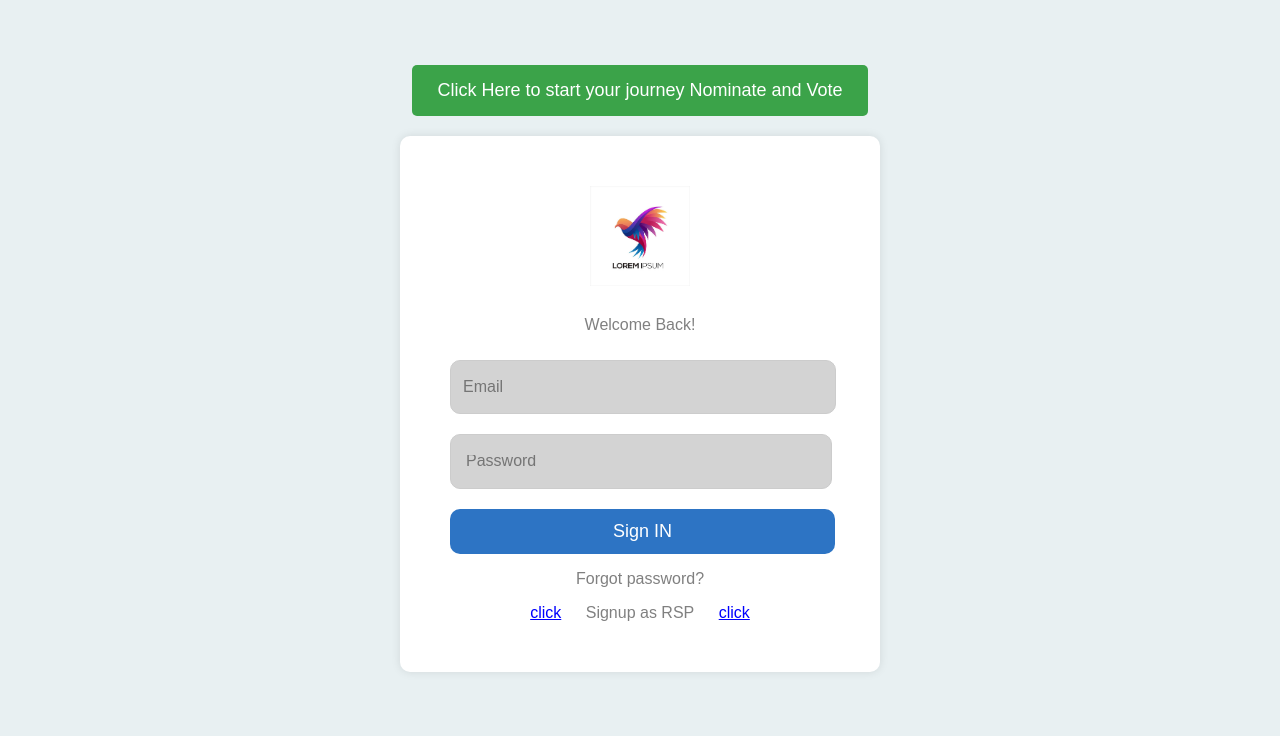
Repository: Femi007-gh/welcome
Page: index.html
An editor plug-in stored every save of this project. The page is shown before and after the next save, followed by the edit.
The browser window is 1280 px wide. The pictures show the whole page.
Some web libraries are served in a nearby version.

Above is the page before, as saved 2025-03-10 18:42:13.

### index.html
<!DOCTYPE html>
<html lang="en">
<head>
    <meta charset="UTF-8">
    <meta name="viewport" content="width=device-width, initial-scale=1.0">
    <title>Login Page</title>
    <script src="https://kit.fontawesome.com/a076d05399.js" crossorigin="anonymous"></script>
    <style>
        body {
            font-family: Arial, sans-serif;
            background-color: #e8f0f2;
            display: flex;
            justify-content: center;
            align-items: center;
            height: 100vh;
            flex-direction: column;
        }
        .green-button {
            background-color: #3ba349;
            color: white;
            padding: 15px 25px;
            border: none;
            border-radius: 5px;
            cursor: pointer;
            margin-bottom: 20px;
            font-size: 18px;
        }
        .container {
            background-color: white;
            padding: 50px;
            border-radius: 10px;
            box-shadow: 0 0 10px rgba(0, 0, 0, 0.1);
            text-align: center;
            width: 380px;
        }
        .container img {
            width: 100px;
            margin-bottom: 10px;
        }
        p {
            color: gray;
        }
        input {
            width: calc(100% - 20px);
            padding: 12px;
            margin: 10px 0;
            border: 1px solid #ccc;
            border-radius: 10px;
            font-size: 16px;
            background: #d3d3d3;
        }
        .password-container {
            display: flex;
            align-items: center;
            background: #d3d3d3;
            border: 1px solid #ccc;
            border-radius: 10px;
            padding: 10px;
            width: calc(100% - 20px);
            margin: 10px 0;
        }
        .password-container input {
            border: none;
            outline: none;
            flex: 1;
            background: transparent;
            padding: 5px;
        }
        .password-container i {
            cursor: pointer;
            font-size: 18px;
            margin-left: 10px;
        }
        .sign-in-button {
            background-color: #2d74c4;
            color: white;
            padding: 12px;
            border: none;
            border-radius: 10px;
            cursor: pointer;
            width: 100%;
            font-size: 18px;
            margin-top: 10px;
            width: 385px;
        }
        .links {
            margin-top: 10px;
            font-size: 16px;
        }
        .links a {
            color: gray;
            text-decoration: none;
            margin: 0 10px;
        }
        .links a.underline {
            color: blue;
            text-decoration: underline;
        }
        .fit {
          height: 3px;
        }
        .lit{
          height: 28px;
        }
    </style>
</head>
<body>
    <button class="green-button">Click Here to start your journey Nominate and Vote</button>
    <div class="container">
        <img src="Logo.jpg" alt="Nigerian Shippers Council Logo">
        <p>Welcome Back!</p>
        <input type="email" placeholder="Email" class="lit">
        <div class="password-container">
            <input type="password" placeholder="Password" class="fit">
        </div>
        <button class="sign-in-button">Sign IN</button>
        <div class="links">
            <p class="under">Forgot password? </p>
            <a href="#" class="underline">click</a>
            <a href="#" class="under">Signup as RSP</a>
            <a href="#" class="underline">click</a>
        </div>
    </div>
</body>
</html>

After the next save:
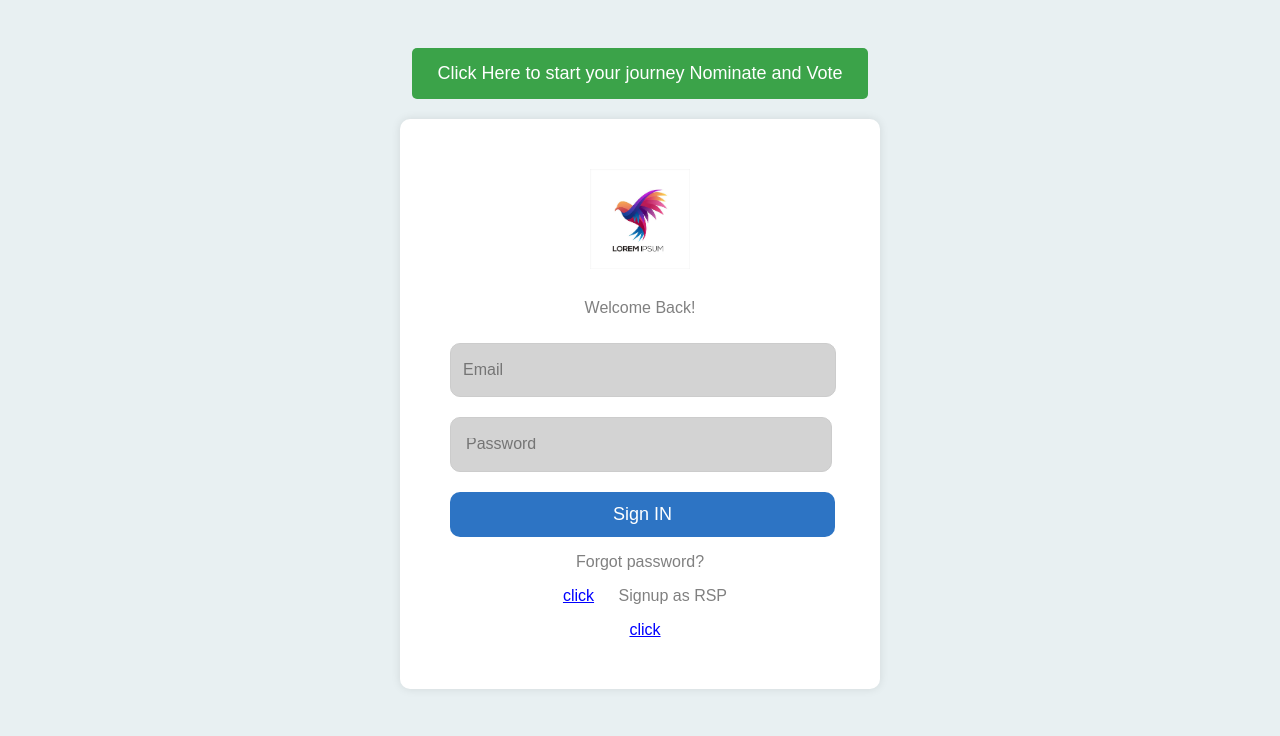
Saved 4 s later.
--- a/index.html
+++ b/index.html
@@ -117,7 +117,7 @@
         <div class="links">
             <p class="under">Forgot password? </p>
             <a href="#" class="underline">click</a>
-            <a href="#" class="under">Signup as RSP</a>
+            <a href="#" class="under">Signup as RSP</p>
             <a href="#" class="underline">click</a>
         </div>
     </div>
